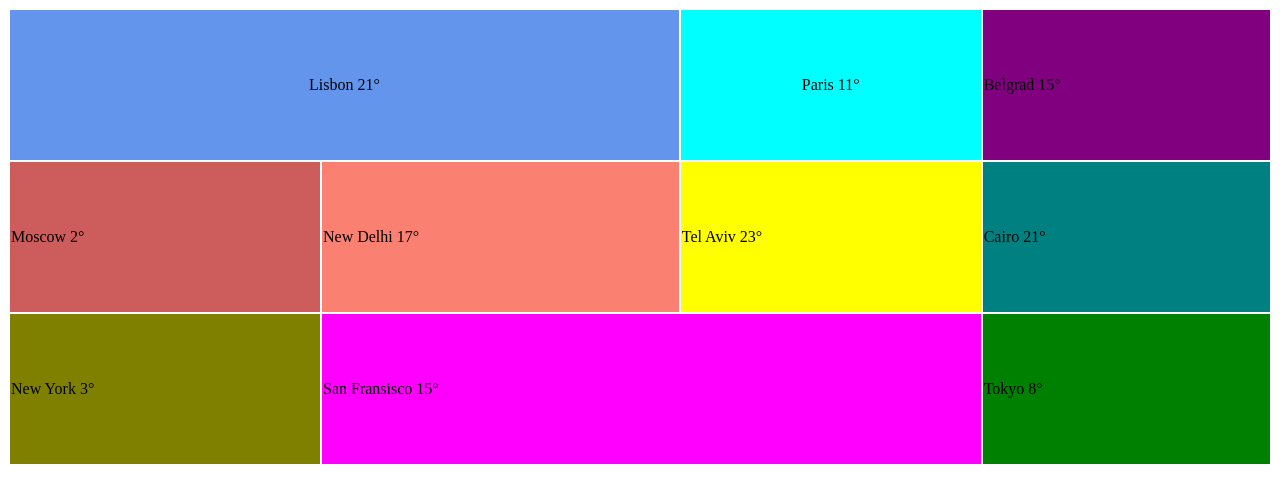
Repository: aysedo/html
Page: Week_2/index.html
The author's editor kept a copy of each file at every save. The page is drawn from the files as they stood at one save, then again after the next save.
The browser window is 1280 px wide. The pictures show the whole page.

Above is the page before, as saved 2021-08-24 14:45:48.

After the next save:
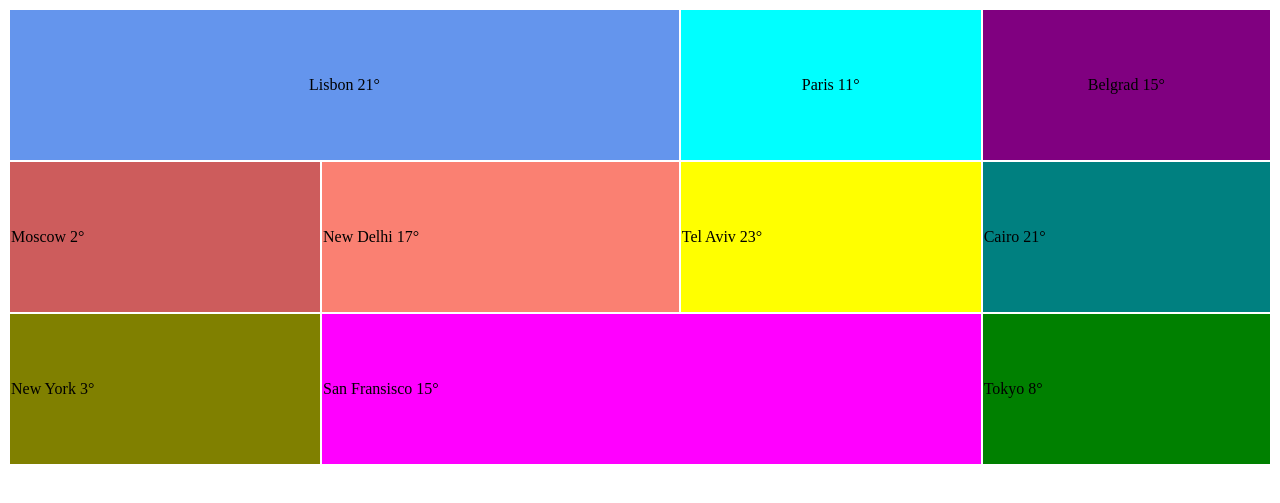
Saved 11 s later.
--- a/Week_2/index.html
+++ b/Week_2/index.html
@@ -11,7 +11,7 @@
       <tr height="150">
         <td colspan="2" bgcolor="cornflowerblue" align="center"> Lisbon 21° </td>
         <td bgcolor="Aqua" align="center"> Paris 11° </td>
-        <td bgcolor="Purple">Belgrad 15°</td>
+        <td bgcolor="Purple" align="center">Belgrad 15°</td>
       </tr>
       <tr height="150">
         <td bgcolor="Indianred"> Moscow 2° </td>
